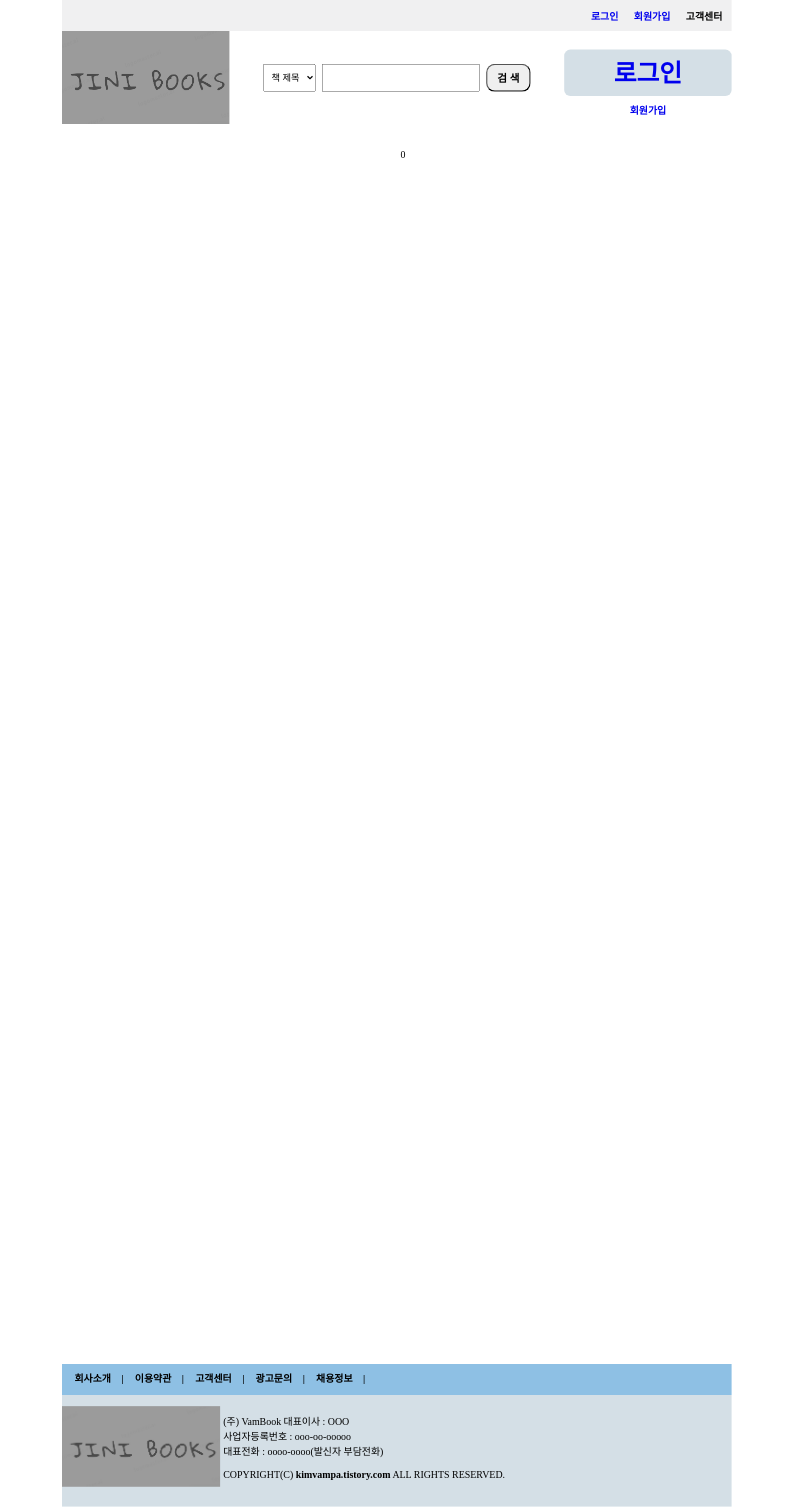
Repository: leechanjin7/ShoppingMall
Page: http://localhost/ShoppingMall/WEB-INF/views/search.jsp
An editor plug-in stored every save of this project. The page is shown before and after the next save, followed by the edit.
The browser window is 1280 px wide. The pictures show the whole page, at 62% of full size.
The page is served by Tomcat 9. Nobody is signed in. The template is opened directly, without the code that normally fills it, so the values that code supplies are empty.

Above is the page before, as saved 2023-09-12 01:25:48.

After the next save:
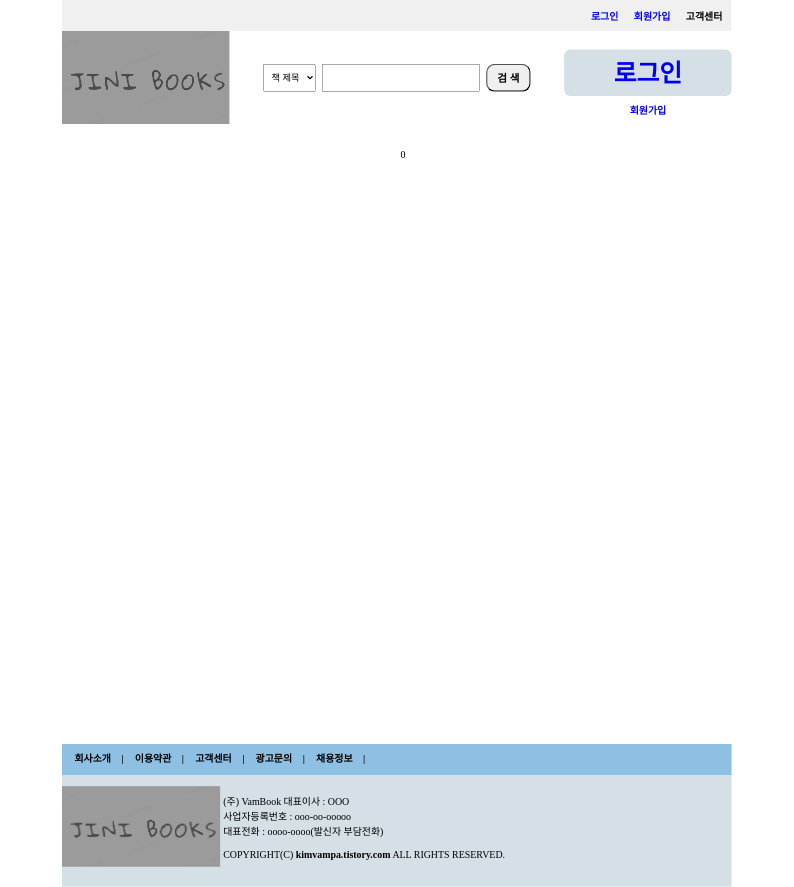
Saved 28 s later.
--- a/workspace/ShoppingMall/src/main/webapp/resources/css/search.css
+++ b/workspace/ShoppingMall/src/main/webapp/resources/css/search.css
@@ -290,9 +290,6 @@ a {
 .footer_nav {
 	width: 100%;
 	height: 50px;
-	position : relative;
-	clear : both;
-	margin-top:1000px;
 }
 
 .footer_nav_container {
